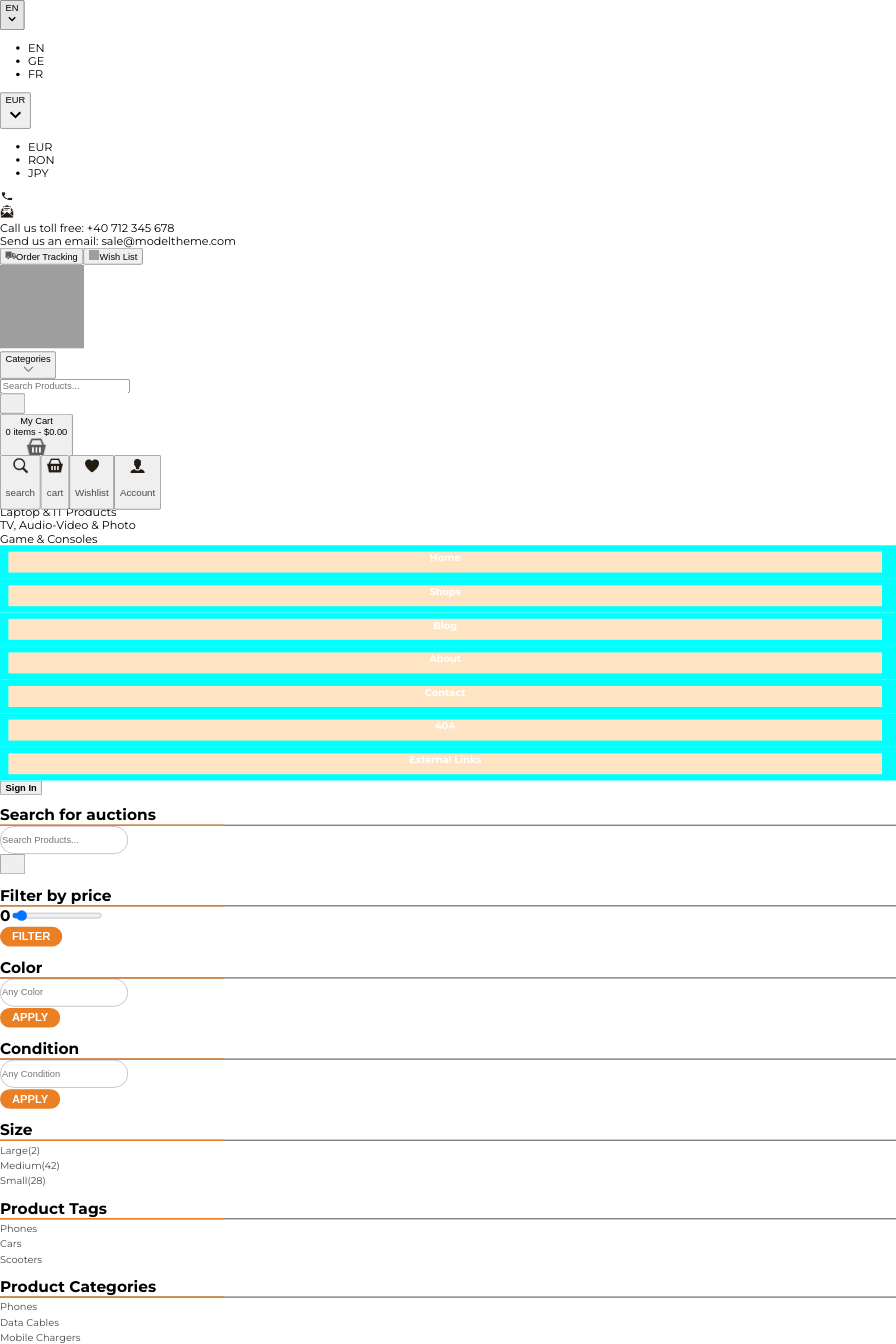
Repository: Arzun000/auction
Page: /shop
An editor plug-in stored every save of this project. The page is shown before and after the next save, followed by the edit.
The browser window is 1280 px wide. The pictures show the part of the page from y = 0 to 1920 px (the page is 6072 px tall), at 70% of full size.
Pictures or frames that could not be fetched are drawn as grey boxes. The project was rebuilt for these pictures with package versions that can differ from the ones it lists, and the page was loaded fresh each time. The framework's server and built-in components were replaced by stand-ins that run in the browser. Also part of the build but not shown: next.config.js, webpack.config.js, components/Testpage.js, pages/shop/Shop.module.css, components/icons/Iconsverticalbid.js, components/icons/Iconsverticalbuy.js.

Above is the page before, as saved 2022-04-03 15:50:16.

After the next save:
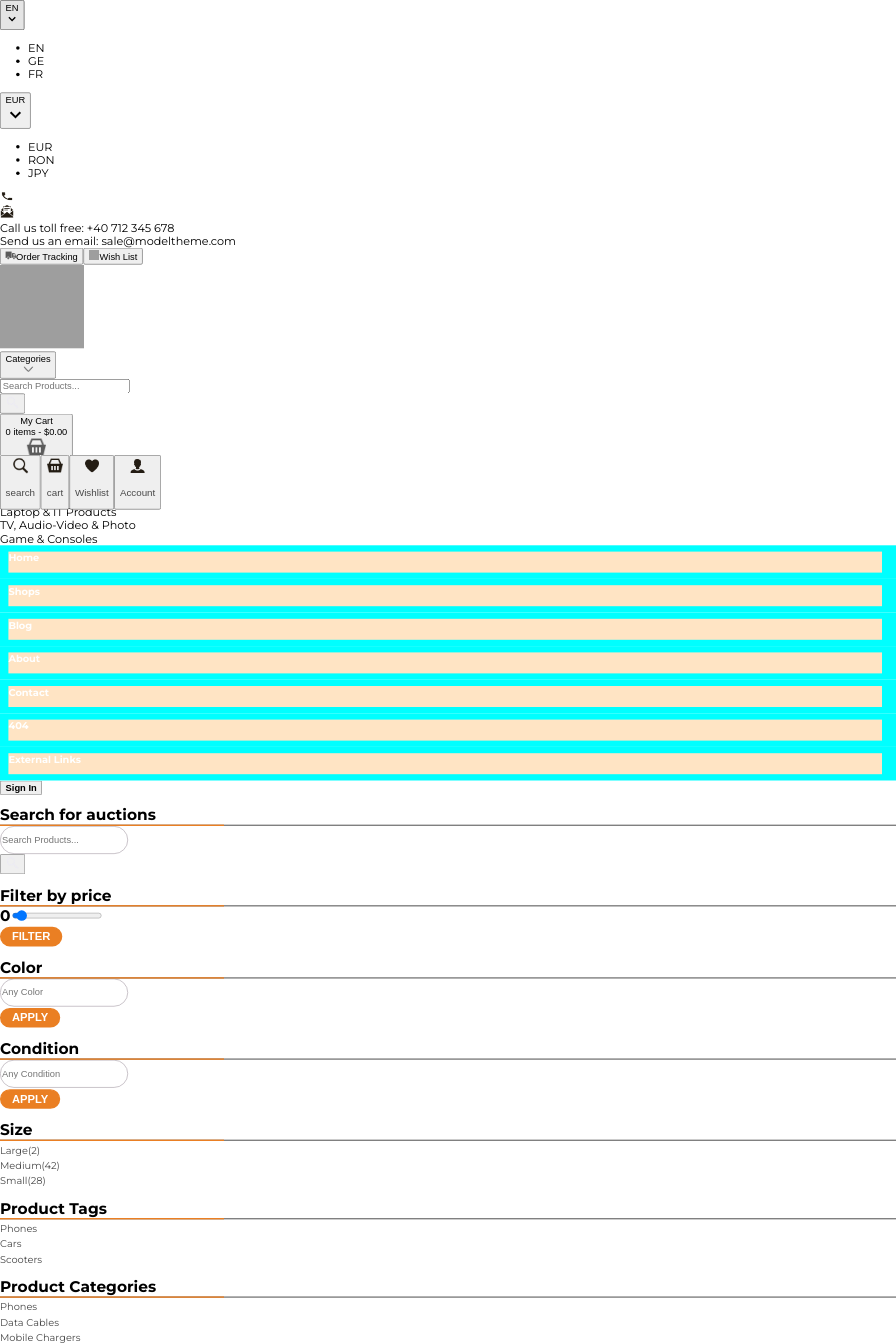
Saved 8 s later.
--- a/components/header/Headerthree.module.css
+++ b/components/header/Headerthree.module.css
@@ -26,7 +26,7 @@
   z-index: 0;
   background-color: bisque;
   height: 30px;
-  text-align: center;
+  text-align: justify;
 }
 
 .container {
